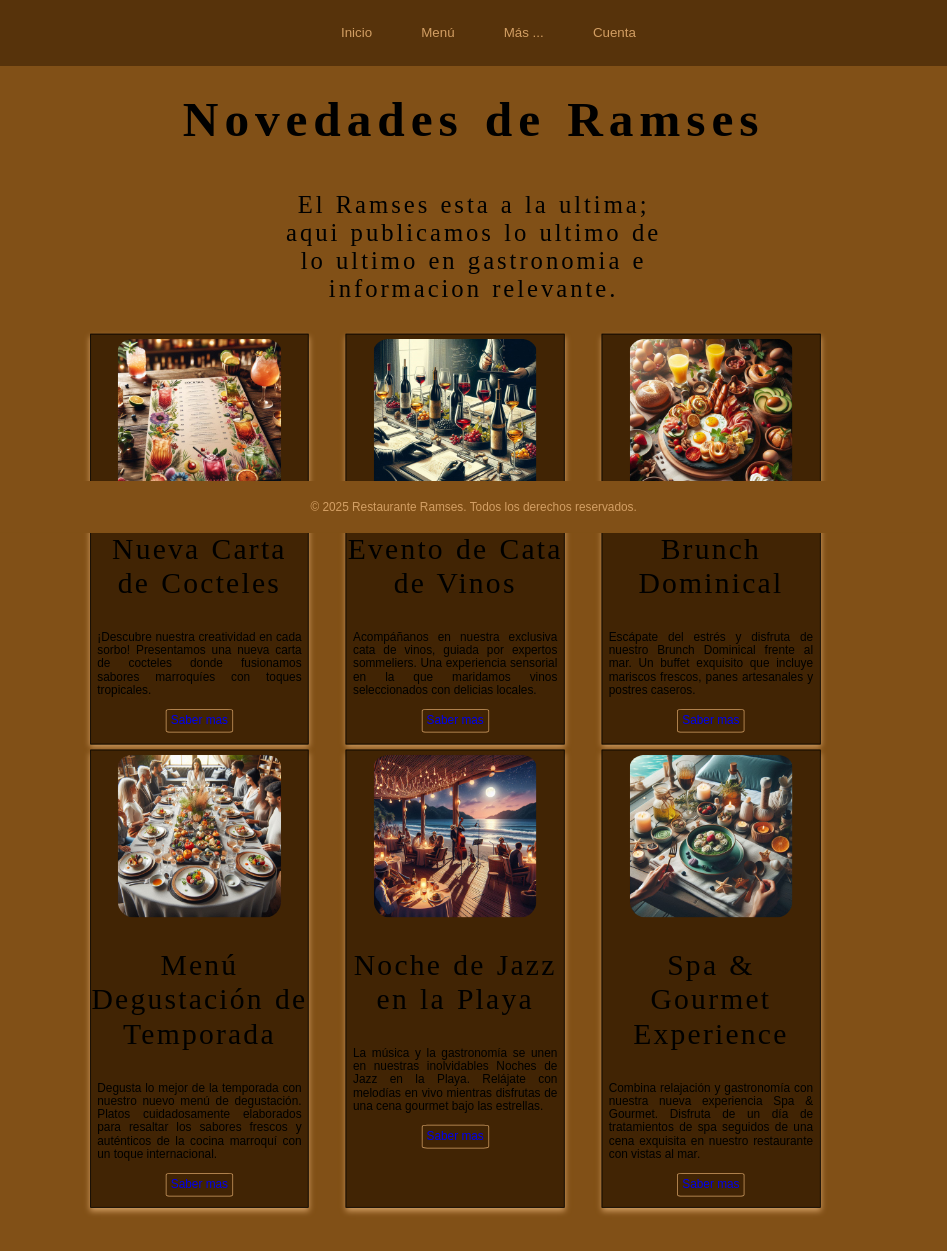
Repository: demoniers/demonIers.github.io
Page: web-lenguajes/src/noticias.html
These files come from the project's save history. The page is drawn as it stood at one moment and after the next save; the edit follows.
The browser window is 1280 px wide. The pictures show the whole page, at 74% of full size.
Some web fonts or font styles are not loaded; a fallback is used.

Above is the page before, as saved 2025-01-23 09:46:25.

After the next save:
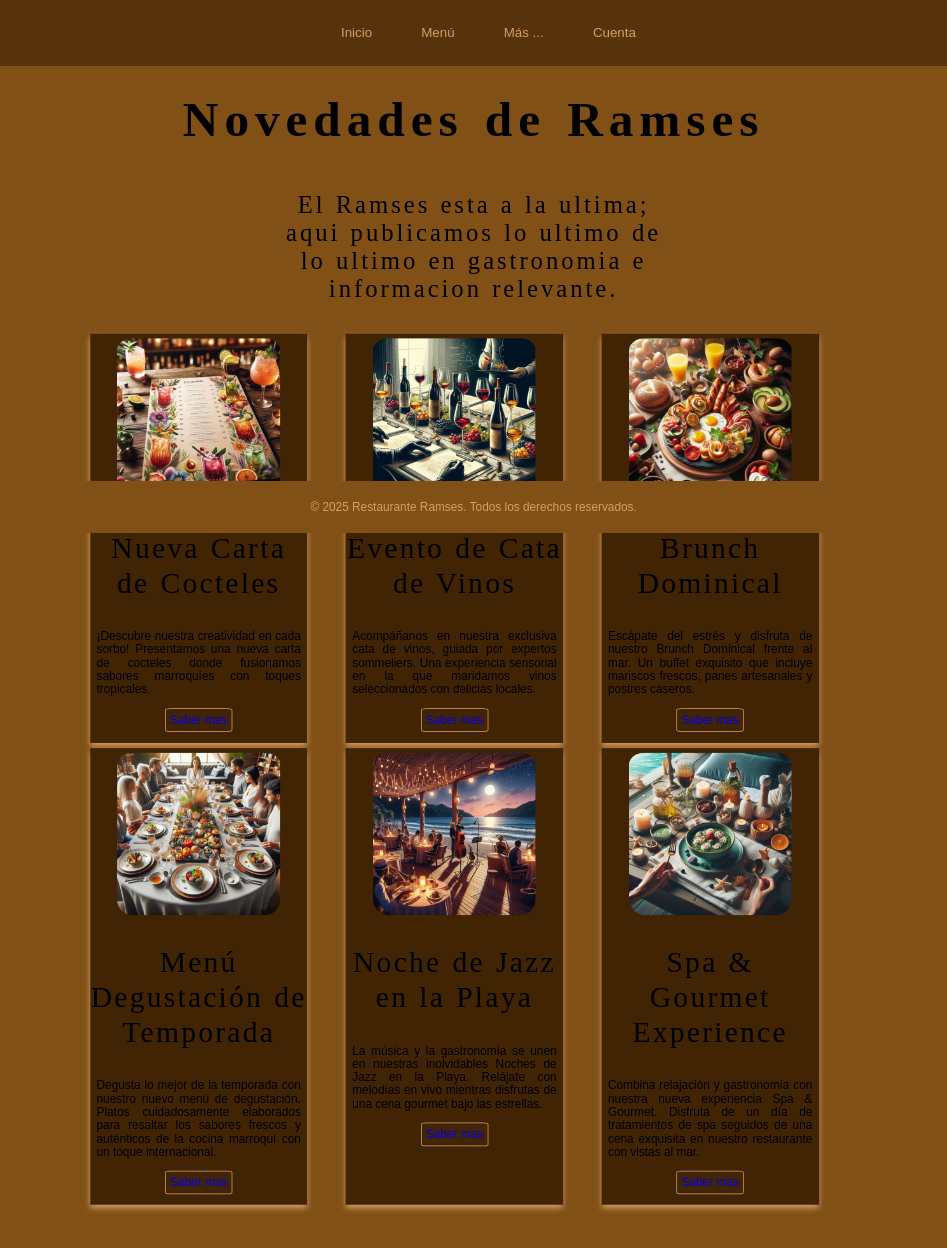
Saved 10 s later.
--- a/web-lenguajes/style/noticias.css
+++ b/web-lenguajes/style/noticias.css
@@ -110,7 +110,6 @@ nav ul li:hover ul {
     width: 85%;
     grid-column: 1;
     height: auto;
-    border: solid 1px;
     margin-top: 2%;
     background-color: #412404;
     box-shadow: 0px 4px 8px #d39f64;
@@ -119,7 +118,6 @@ nav ul li:hover ul {
     width: 85%;
     grid-column: 2;
     height: auto;
-    border: solid 1px;
     margin-top: 2%;
     background-color: #412404;
     box-shadow: 0px 4px 8px #d39f64;
@@ -128,7 +126,6 @@ nav ul li:hover ul {
     width: 85%;
     grid-column: 3;
     height: auto;
-    border: solid 1px;
     margin-top: 2%;
     background-color: #412404;
     box-shadow: 0px 4px 8px #d39f64;
